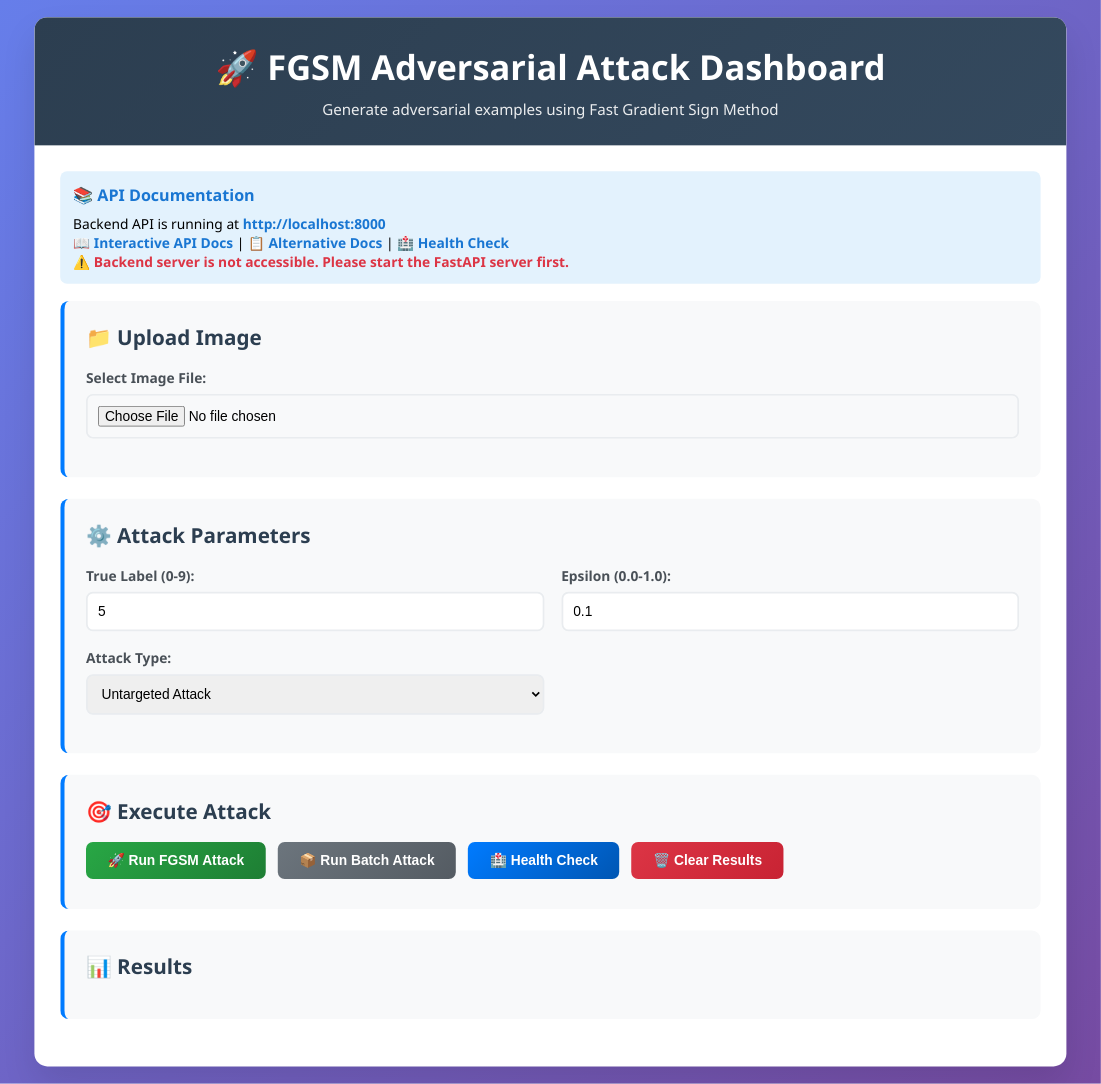
Repository: Muhammad-Saad-Akhtar/Implementation-of-Adversarial-Attacks-Using-FGSM
Page: index.html
The author's editor kept a copy of each file at every save. The page is drawn from the files as they stood at one save, then again after the next save.
The browser window is 1280 px wide. The pictures show the whole page, at 86% of full size.
The page's requests for data from a server got no answer.

Above is the page before, as saved 2025-08-22 18:05:11.

After the next save:
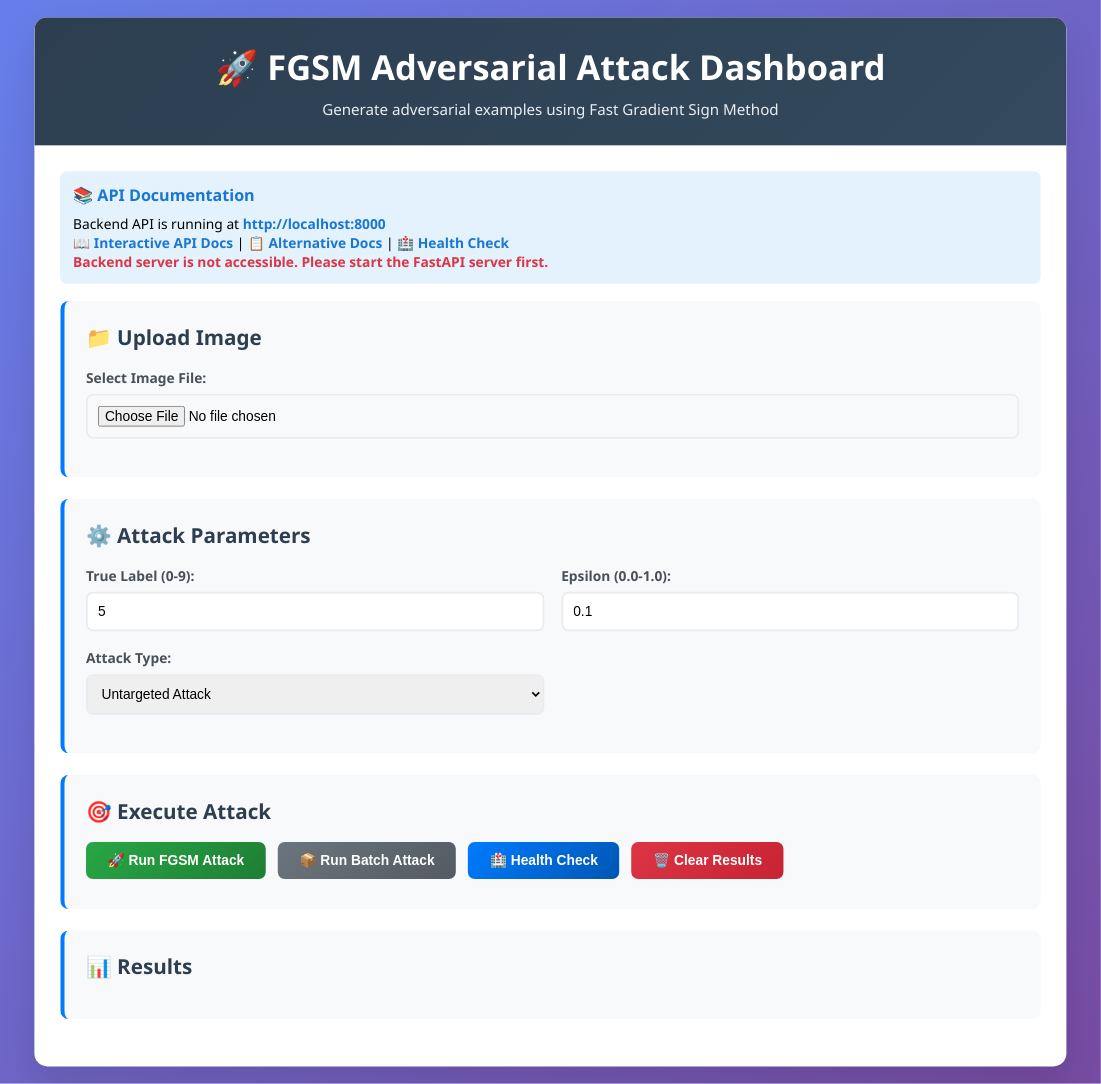
Saved 58 s later.
--- a/index.html
+++ b/index.html
@@ -351,23 +351,23 @@
                 }
 
                 if (data.original_confidence !== undefined) {
-                    formattedResult += `📈 Original Confidence: ${(data.original_confidence * 100).toFixed(2)}%\n`;
+                    formattedResult += ` Original Confidence: ${(data.original_confidence * 100).toFixed(2)}%\n`;
                 }
 
                 if (data.adversarial_confidence !== undefined) {
-                    formattedResult += `📉 Adversarial Confidence: ${(data.adversarial_confidence * 100).toFixed(2)}%\n`;
+                    formattedResult += ` Adversarial Confidence: ${(data.adversarial_confidence * 100).toFixed(2)}%\n`;
                 }
 
                 if (data.epsilon_used !== undefined) {
-                    formattedResult += `⚡ Epsilon Used: ${data.epsilon_used}\n`;
+                    formattedResult += ` Epsilon Used: ${data.epsilon_used}\n`;
                 }
 
                 if (data.perturbation_norm !== undefined) {
-                    formattedResult += `📏 Perturbation Norm: ${data.perturbation_norm.toFixed(4)}\n`;
+                    formattedResult += ` Perturbation Norm: ${data.perturbation_norm.toFixed(4)}\n`;
                 }
 
                 if (data.adversarial_image) {
-                    formattedResult += `🖼️ Adversarial Image: [Base64 encoded - see below]\n`;
+                    formattedResult += ` Adversarial Image: [Base64 encoded - see below]\n`;
                 }
 
                 resultsDiv.innerHTML = `<div class="${resultClass}">${formattedResult}</div>`;
@@ -376,7 +376,7 @@
                 if (data.adversarial_image) {
                     resultsDiv.innerHTML += `
                         <div class="image-preview">
-                            <h3>🎭 Generated Adversarial Image:</h3>
+                            <h3> Generated Adversarial Image:</h3>
                             <img src="${data.adversarial_image}" alt="Adversarial Example" style="max-width: 200px;">
                         </div>
                     `;
@@ -506,7 +506,7 @@
                     errorMessage = 'CORS error: Backend server is not allowing requests from this origin';
                 }
 
-                showResult(`❌ Error: ${errorMessage}`, true);
+                showResult(` Error: ${errorMessage}`, true);
             }
         }
 
@@ -538,7 +538,7 @@
                     errorMessage = 'CORS error: Backend server is not allowing requests from this origin';
                 }
 
-                showResult(`❌ Health Check Error: ${errorMessage}`, true);
+                showResult(` Health Check Error: ${errorMessage}`, true);
             }
         }
 
@@ -568,14 +568,14 @@
 
                     // Update API info section to show backend is connected
                     const apiInfo = document.querySelector('.api-info');
-                    apiInfo.innerHTML += '<p style="color: #28a745; font-weight: bold;">✅ Backend server is connected and ready!</p>';
+                    apiInfo.innerHTML += '<p style="color: #28a745; font-weight: bold;"> Backend server is connected and ready!</p>';
                 }
             } catch (error) {
-                console.warn('⚠️ Backend not accessible:', error.message);
+                console.warn(' Backend not accessible:', error.message);
 
                 // Update API info section to show backend is not connected
                 const apiInfo = document.querySelector('.api-info');
-                apiInfo.innerHTML += '<p style="color: #dc3545; font-weight: bold;">⚠️ Backend server is not accessible. Please start the FastAPI server first.</p>';
+                apiInfo.innerHTML += '<p style="color: #dc3545; font-weight: bold;"> Backend server is not accessible. Please start the FastAPI server first.</p>';
             }
         }
     </script>
